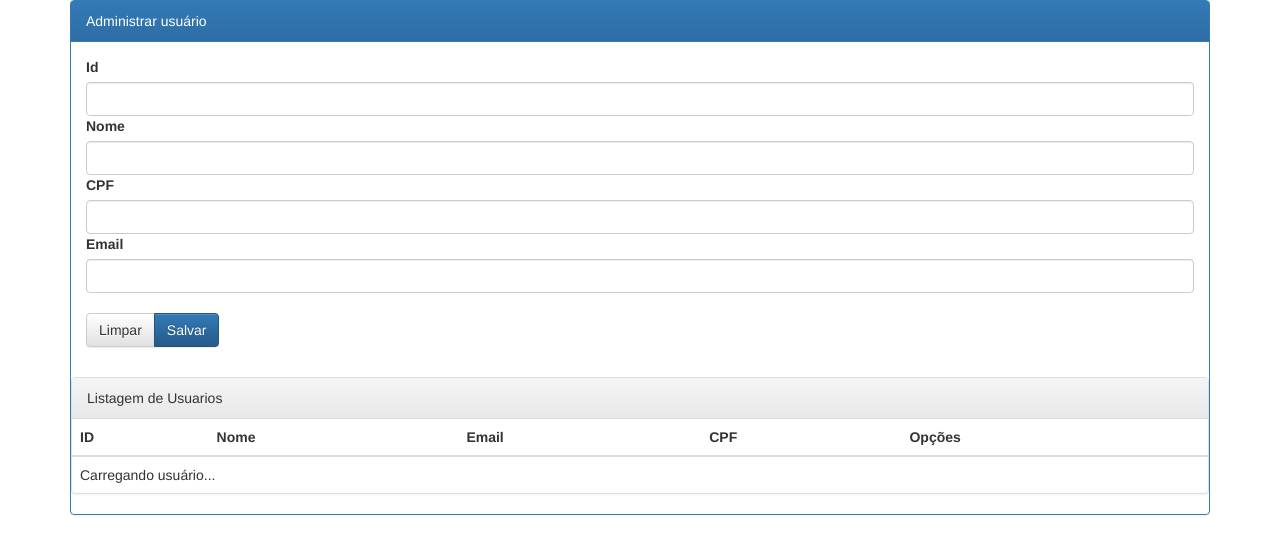
Repository: heloisakrajewski/projeto-leo
Page: Projeto/pyrafilms/WebContent/index.html
The author's editor kept a copy of each file at every save. The page is drawn from the files as they stood at one save, then again after the next save.
The browser window is 1280 px wide. The pictures show the whole page.

Above is the page before, as saved 2016-11-22 00:13:37.

### Projeto/pyrafilms/WebContent/index.html
<!DOCTYPE html>
<html lang="pt-br">
<head>
<meta charset="utf-8">
<meta http-equiv="X-UA-Compatible" content="IE=edge">
<meta name="viewport" content="width=device-width, initial-scale=1">
<!-- As 3 meta tags acima *devem* vir em primeiro lugar dentro do `head`; qualquer outro conteúdo deve vir *após* essas tags -->
<title>Pyra Films</title>

<!-- Bootstrap -->
<link href="css/bootstrap.min.css" rel="stylesheet">
<link href="css/bootstrap-theme.min.css" rel="stylesheet">

</head>
<body>

	<div class="container">

		<div class="panel panel-primary">
			<div class="panel-heading">Administrar usuário</div>
			<div class="panel-body">

				<form id="criarCervejaForm">
					<div class="form-group">
						<label>Id</label>
						<input type="text" class="form-control"name="id" />

						<label>Nome</label>
						<input type="text" class="form-control" name="nome" />

						<label>CPF</label>
						<input type="text" class="form-control" name="cpf" />

						<label>Email</label>
						<input type="text" class="form-control" name="email"></input>

						<br />

						<div class="btn-block btn-group">
						<input type="reset" class="btn btn-default" value="Limpar" />
						<input type="button" class="btn btn-primary" value="Salvar"
							onclick="adicionaUsuario();" />
						</div>
					</div>
				</form>
			</div>
			<div class="panel panel-default">
				<!-- Default panel contents -->
				<div class="panel-heading">Listagem de Usuarios</div>
				<table id="grid-usuarios" class="table">
					<thead>
						<tr>
							<th>ID</th>
							<th>Nome</th>
							<th>Email</th>
							<th>CPF</th>
							<th>Opções</th>
						</tr>
					</thead>
					<tr>
						<td colspan="5">Carregando usuário...</td>
					</tr>
				</table>
			</div>
		</div>
	</div>

	<!-- <div id="images" class="panel" style="float: left;"></div> -->

	<script src="js/jquery-1.10.2.min.js" type="text/javascript"></script>
	<script src="js/json.js" type="text/javascript"></script>
	<script src="js/bootstrap.min.js"></script>
	<script src="js/custom.js" type="text/javascript"></script>
	<script type="text/javascript">
		//listarUsuarios();
	</script>
</body>
</html>

### Projeto/pyrafilms/WebContent/js/json.js
/*!
  SerializeJSON jQuery plugin.
  https://github.com/marioizquierdo/jquery.serializeJSON
  version 1.0.1 (Aug 20, 2012)

  Copyright (c) 2012 Mario Izquierdo
  Dual licensed under the MIT (http://www.opensource.org/licenses/mit-license.php)
  and GPL (http://www.opensource.org/licenses/gpl-license.php) licenses.
*/
(function ($) {
  "use strict";

  $.fn.serializeJSON = function () {
    var obj, formAsArray;
    obj = {};
    formAsArray = this.serializeArray();

    $.each(formAsArray, function (i, input) {
      var name, value, keys;
      name = input.name;
      value = input.value;

      // Split the input name in programatically readable keys
      // name = "foo"              => keys = ['foo']
      // name = "[foo]"            => keys = ['foo']
      // name = "foo[inn][bar]"    => keys = ['foo', 'inn', 'bar']
      // name = "foo[inn][arr][0]" => keys = ['foo', 'inn', 'arr', '0']
      // name = "arr[][val]"       => keys = ['arr', '', 'val']
      keys = $.map(name.split('['), function (key) {
        var last;
        last = key[key.length - 1];
        return last === ']' ? key.substring(0, key.length - 1) : key;
      });
      if (keys[0] === '') { keys.shift(); } // "[foo][inn]" should be same as "foo[inn]"

      // Set value in the object using the keys
      $.deepSet(obj, keys, value);
    });
    return obj;
  };

  // Auxiliar function to check if a variable is an Object
  var isObject = function (obj) {
    return obj === Object(obj);
  };

  /**
  Access the object in a deep key and assigns the value:

  // Examples:
  deepSet(obj, ['foo'], v)                //=> obj['foo'] = v
  deepSet(obj, ['foo', 'inn'], v)         //=> obj['foo']['inn'] = v // Create the inner obj['foo'] object, if needed
  deepSet(obj, ['foo', 'inn', 'inn'], v)  //=> obj['foo']['inn']['inn'] = v
  deepSet(obj, ['0'], v)                  //=> obj[0] = v // obj may be an Array
  deepSet(obj, [''], v)                   //=> obj.push(v) // assume obj as array, and add a new value to the end
  deepSet(obj, ['arr', '0'], v)           //=> obj['arr']['0'] = v // obj['arr'] is created as Array if needed
  deepSet(obj, ['arr', ''], v)            //=> obj['arr'].push(v)
  deepSet(obj, ['foo', 'arr', '0'], v)    //=> obj['foo']['arr'][0] = v // obj['foo'] is created as object and obj['foo']['arr'] as a Array, if needed
  deepSet(obj, ['arr', '0', 'foo'], v)    //=> obj['arr']['0']['foo'] = v // obj['foo'] is created as object and obj['foo']['arr'] as a Array and obj['foo']['arr'][0] as object, if needed

  // Complex example with array empty index,
  // it creates a new element, unless there is a nested non repeated key, so it assigns to the last element object:
  var arr = []
  deepSet(arr, [''], v)                   //=> arr === [v]
  deepSet(arr, ['', 'foo'], v)            //=> arr === [v, {foo: v}]
  deepSet(arr, ['', 'bar'], v)            //=> arr === [v, {foo: v, bar: v}]
  deepSet(arr, ['', 'bar'], v)            //=> arr === [v, {foo: v, bar: v}, {bar: v}]
  */
  $.deepSet = function (obj, keys, value) {
    if (!keys || keys.length === 0) { throw new Error("ArgumentError: keys param expected to be an array with least one key"); }
    var key, next, tail, defaultIfNotDefined, lastKey, lastElement;
    key = keys[0];
    next = keys[1];
    if (next !== undefined && next !== null) {
      tail = keys.slice(1);
      if (key === '') { // Empty key with => merge keys in the object element
        lastKey = obj.length - 1;
        lastElement = obj[obj.length - 1];
        if (isObject(lastElement) && !lastElement[next]) { // if next key is a new attribute in the last object element then set the new value in there
          key = lastKey;
        } else { // if the array does not have an object as last element, create one
          obj.push({});
          key = lastKey + 1;
        }
      }
      if (obj[key] === undefined) { // obj[key] ||= defaultIfNotDefined
        defaultIfNotDefined = (next === '' || !isNaN(parseInt(next, 10))) ? [] : {}; // Array or Object depending on next key
        obj[key] = defaultIfNotDefined;
      }
      $.deepSet(obj[key], tail, value); // Recursive access the inner Object
    } else {
      if (key === '') {
        obj.push(value);
      } else {
        obj[key] = value;
      }
    }
  };

}(jQuery));

Loaded but not shown: Projeto/pyrafilms/WebContent/css/bootstrap.min.css (library); Projeto/pyrafilms/WebContent/css/bootstrap-theme.min.css (library); Projeto/pyrafilms/WebContent/js/jquery-1.10.2.min.js (library); Projeto/pyrafilms/WebContent/js/bootstrap.min.js (library); Projeto/pyrafilms/WebContent/js/custom.js (no copy from this time; the picture is the same without it)

After the next save:
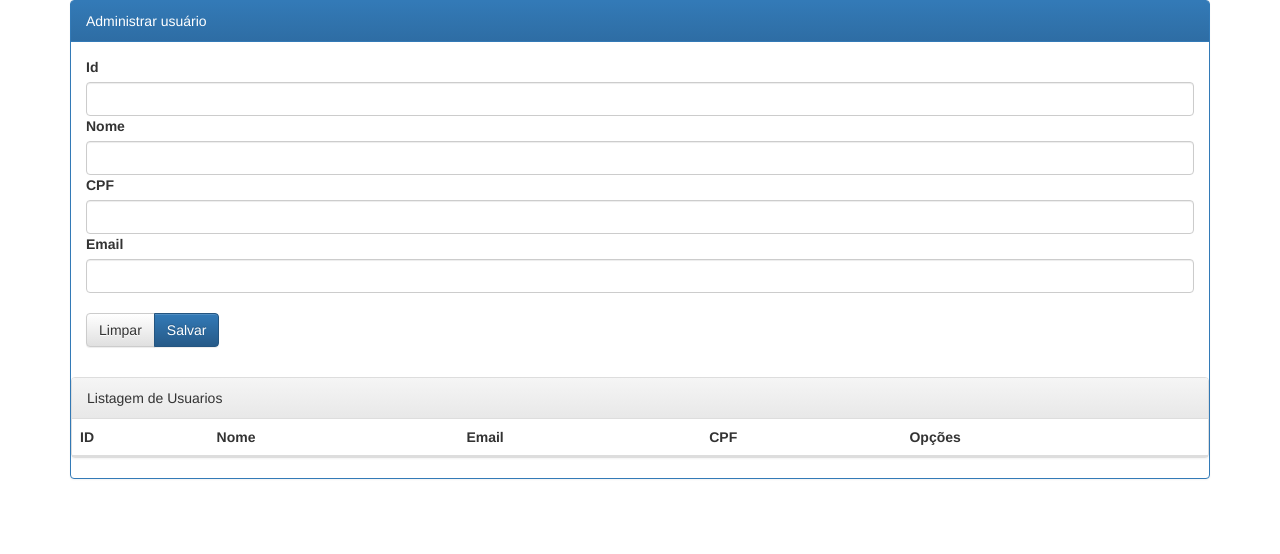
Saved 87 s later.
--- a/Projeto/pyrafilms/WebContent/index.html
+++ b/Projeto/pyrafilms/WebContent/index.html
@@ -57,9 +57,6 @@
 							<th>Opções</th>
 						</tr>
 					</thead>
-					<tr>
-						<td colspan="5">Carregando usuário...</td>
-					</tr>
 				</table>
 			</div>
 		</div>

After the save that followed:
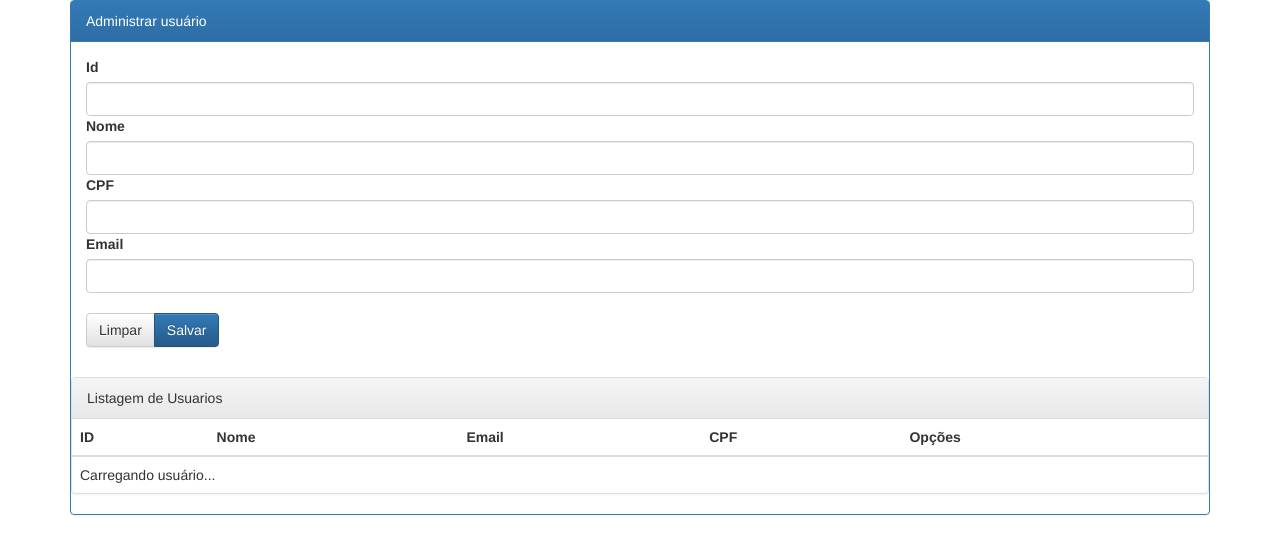
Saved 27 s later.
--- a/Projeto/pyrafilms/WebContent/index.html
+++ b/Projeto/pyrafilms/WebContent/index.html
@@ -57,6 +57,9 @@
 							<th>Opções</th>
 						</tr>
 					</thead>
+					<tr>
+						<td colspan="5">Carregando usuário...</td>
+					</tr>
 				</table>
 			</div>
 		</div>
